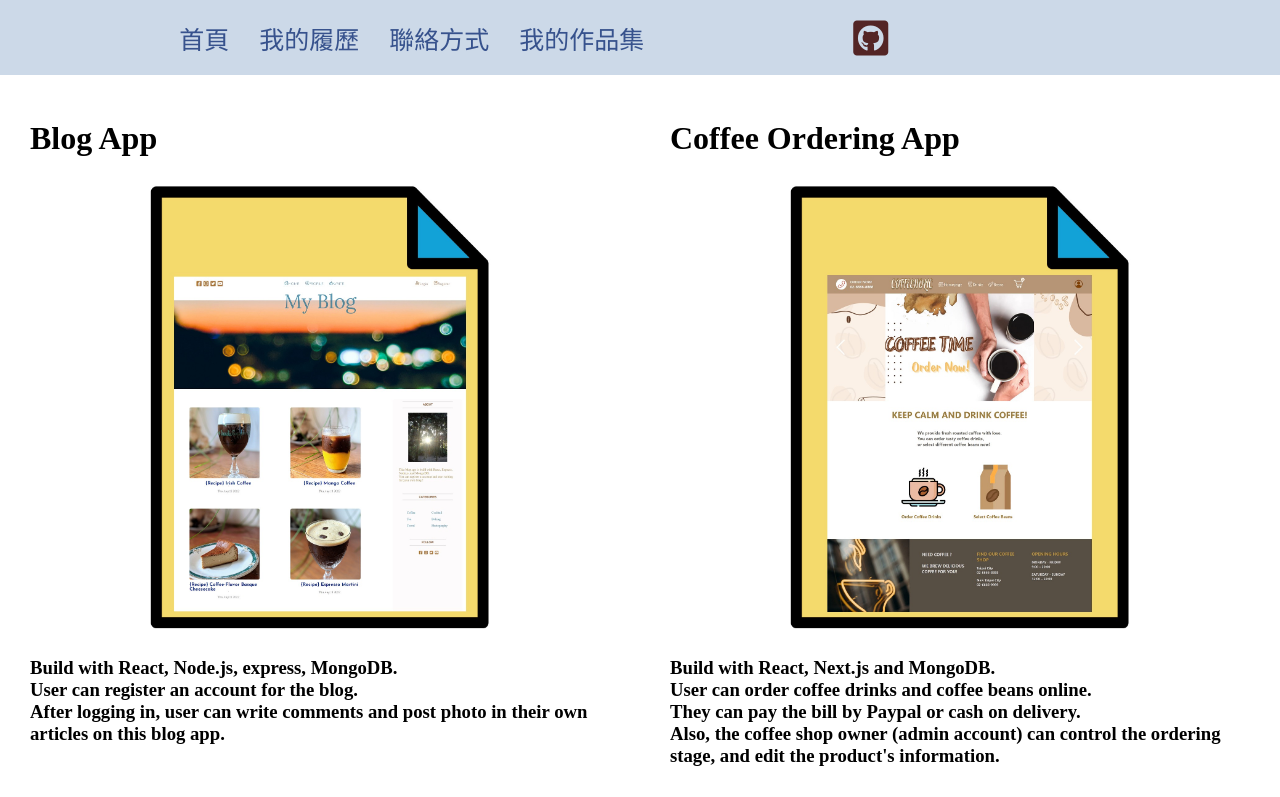
Repository: lcjyc/portfolio-website
Page: /portfolio
An editor plug-in stored every save of this project. The page is shown before and after the next save, followed by the edit.
The browser window is 1280 px wide. The pictures show the whole page.
The project was rebuilt for these pictures with package versions that can differ from the ones it lists, and the page was loaded fresh each time. Also part of the build but not shown: src/pages/home/home.css, src/pages/home/Home.jsx, src/pages/resume/resume.css, src/pages/resume/Resume.jsx, src/pages/contact/contact.css, src/pages/contact/Contact.jsx.

Above is the page before, as saved 2022-08-21 12:19:31.

### public/index.html
<!DOCTYPE html>
<html lang="zh-tw">
  <head>
    <meta charset="utf-8" />
    <meta name="viewport" content="width=device-width, initial-scale=1" />
    <meta name="theme-color" content="#000000" />
    <meta
      name="description"
      content="Web site created using create-react-app"
    />
    <link
      href="https://fonts.googleapis.com/css2?family=Josefin+Sans:wght@100;200;300;400;500;600;700&family=Lora:ital@0;1&family=Varela&family=Varela+Round&display=swap"
      rel="stylesheet"
    />
    <link
      rel="stylesheet"
      href="https://cdnjs.cloudflare.com/ajax/libs/font-awesome/5.15.3/css/all.min.css"
      integrity="sha512-iBBXm8fW90+nuLcSKlbmrPcLa0OT92xO1BIsZ+ywDWZCvqsWgccV3gFoRBv0z+8dLJgyAHIhR35VZc2oM/gI1w=="
      crossorigin="anonymous"
    />
    <style>
      * {
        margin: 0;
      }
    </style>
    <style>
      .link {
        text-decoration: none;
        color: inherit;
      }
    </style>
    <title>Lesley Chen|Portfolio</title>
  </head>

  <body>
    <noscript>You need to enable JavaScript to run this app.</noscript>
    <div id="root"></div>
  </body>
</html>

### src/App.js
import TopBar from "./components/topbar/TopBar";
import Home from "./pages/home/Home";
import Resume from "./pages/resume/Resume";
import Contact from "./pages/contact/Contact";
import Portfolio from "./pages/portfolio/Portfolio";

import { BrowserRouter as Router, Routes, Route } from "react-router-dom";

function App() {
  return (
    <Router>
      <TopBar />
      <Routes>
        <Route path="/" element={<Home />} />
        <Route path="/resume" element={<Resume />} />
        <Route path="/contact" element={<Contact />} />
        <Route path="/portfolio" element={<Portfolio />} />
      </Routes>
    </Router>
  );
}

export default App;

### src/components/topbar/TopBar.jsx
import { Link } from "react-router-dom";
import "./topbar.css";

export default function TopBar() {
  return (
    <div className="top">
      <div className="topLeft">
        <ul className="topList">
          <li className="topListItem">
            <Link className="link" to="/">
              首頁
            </Link>
          </li>
          <li className="topListItem">
            <Link className="link" to="/resume">
              我的履歷
            </Link>
          </li>
          <li className="topListItem">
            <Link className="link" to="/contact">
              聯絡方式
            </Link>
          </li>
          <li className="topListItem">
            <Link className="link" to="/portfolio">
              我的作品集
            </Link>
          </li>
        </ul>
      </div>
      <div className="topRight">
        <a href="https://github.com/lcjyc/">
          <i className="topIcon fab fa-github-square"></i>
        </a>
      </div>
    </div>
  );
}

### src/pages/portfolio/Portfolio.jsx
import "./portfolio.css";
import blog from "../../images/blog.jpg";
import coffeeorder from "../../images/coffeeorder.jpg";

const portfolio = () => {
  return (
    <div className="portfolio">
      <div className="left">
        <a
          href="https://lesleyblog.herokuapp.com/"
          target="_blank"
          rel="noopener noreferrer"
          className="link"
        >
          <h1 className="app">Blog App</h1>
        </a>
        <img src={blog} alt="" className="img" />
        <div className="desc">
          <h3>
            Build with React, Node.js, express, MongoDB.
            <br />
            User can register an account for the blog.
            <br />
            After logging in, user can write comments and post photo in their
            own articles on this blog app.
            <br />
          </h3>
        </div>
      </div>
      <div className="right">
        <a
          href="https://coffee-ordering.vercel.app/"
          target="_blank"
          rel="noopener noreferrer"
          className="link"
        >
          <h1 className="app">Coffee Ordering App</h1>
        </a>
        <img src={coffeeorder} alt="" className="img" />
        <div className="desc">
          <h3>
            Build with React, Next.js and MongoDB.
            <br />
            User can order coffee drinks and coffee beans online.
            <br />
            They can pay the bill by Paypal or cash on delivery.
            <br />
            Also, the coffee shop owner (admin account) can control the ordering
            stage, and edit the product's information.
          </h3>
        </div>
      </div>
    </div>
  );
};

export default portfolio;

### src/components/topbar/topbar.css
.top {
  width: 100%;
  height: 6vh;
  background-color: rgb(154, 179, 210, 0.5);
  position: sticky;
  top: 0;
  padding: 1rem 0rem;
  display: flex;
  align-items: center;
  z-index: 999;
}

.topLeft {
  flex: 6;
  display: flex;
  align-items: center;
  justify-content: center;
}

.topRight {
  flex: 3;
  display: flex;
}

.topIcon {
  font-size: 40px;
  margin-right: 10px;
  color: rgb(83, 37, 37);
  cursor: pointer;
}

.topImg {
  width: 40px;
  height: 40px;
  border-radius: 50%;
  object-fit: cover;
  cursor: pointer;
}

.topList {
  display: flex;
  justify-content: center;
  margin: 0;
  padding: 0;
  list-style: none;
}

.topListItem {
  margin-right: 30px;
  font-size: 25px;
  color: rgb(55, 82, 141);
  cursor: pointer;
}

.topListItem :hover {
  color: white;
}

### src/pages/portfolio/portfolio.css
.portfolio {
  display: flex;
  height: 87vh;
  width: 100%;
  padding-top: 2vh;
}

.left,
.right {
  flex: 1;
  padding: 30px;
  display: block;
  margin: auto;
  align-items: center;
  justify-content: center;
}

.left > h1 {
  float: center;
}

.left > img {
  height: 500px;
  width: 350px;
  display: block;
  margin: auto;
}

.right > img {
  height: 500px;
  width: 350px;
  display: block;
  margin: auto;
}

Loaded but not shown: src/index.js (common file)

After the next save:
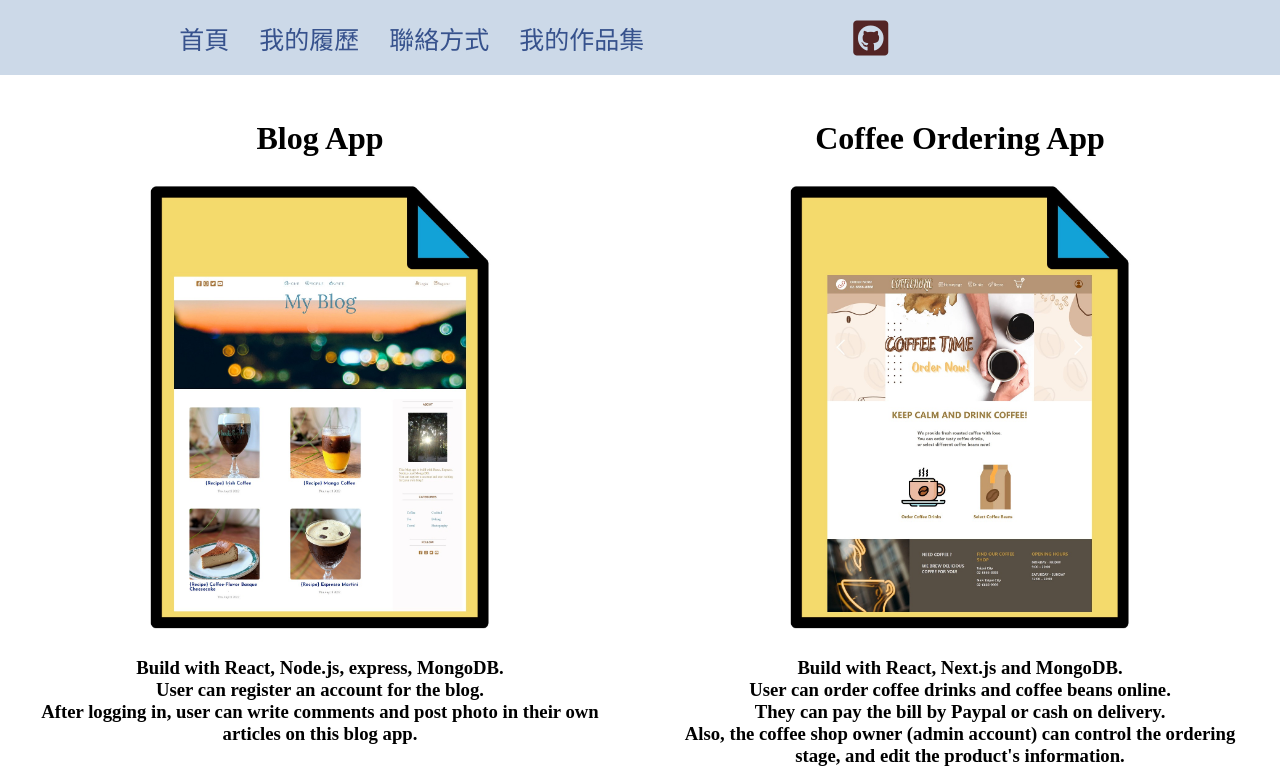
Saved 94 s later.
--- a/src/pages/portfolio/portfolio.css
+++ b/src/pages/portfolio/portfolio.css
@@ -10,13 +10,7 @@
   flex: 1;
   padding: 30px;
   display: block;
-  margin: auto;
-  align-items: center;
-  justify-content: center;
-}
-
-.left > h1 {
-  float: center;
+  text-align: center;
 }
 
 .left > img {
